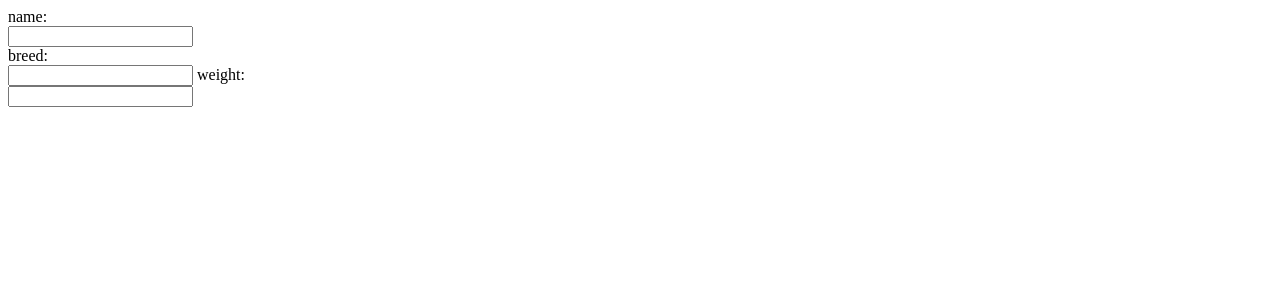
Repository: santsah11/javaStack
Page: http://localhost/ptes/Home
These files come from the project's save history. The page is drawn as it stood at one moment and after the next save; the edit follows.
The browser window is 1280 px wide. The pictures show the whole page.
The page is served by Tomcat 9. Other server files are loaded and not shown.

Above is the page before, as saved 2018-12-01 01:41:08.

### javaOntheWeb/ptes/WebContent/WEB-INF/index.jsp
<%@ page language="java" contentType="text/html; charset=ISO-8859-1"
    pageEncoding="ISO-8859-1"%>
<!DOCTYPE html>
<html>
<head>
	<meta charset="ISO-8859-1">
	<title>Insert title here</title>
</head>
<body>
	<div class = container>
	<div>
		<form>
   name:<br>
  <input type="text" name="firstname"><br>
  breed:<br>
  <input type="text" name="lastname">
  weight:<br>
  <input type="text" name="lastname">

</form>
	</div>
	</div>
</body>
</html>

### javaOntheWeb/ptes/src/com/codingdojo/controllers/Home.java
package com.codingdojo.controllers;

import java.io.IOException;

import javax.servlet.RequestDispatcher;
import javax.servlet.ServletException;
import javax.servlet.annotation.WebServlet;
import javax.servlet.http.HttpServlet;
import javax.servlet.http.HttpServletRequest;
import javax.servlet.http.HttpServletResponse;

/**
 * Servlet implementation class Home
 */
@WebServlet("/Home")
public class Home extends HttpServlet {
	private static final long serialVersionUID = 1L;

    /**
     * @see HttpServlet#HttpServlet()
     */
    public Home() {
        super();
        // TODO Auto-generated constructor stub
    }

	/**
	 * @see HttpServlet#doGet(HttpServletRequest request, HttpServletResponse response)
	 */
	protected void doGet(HttpServletRequest request, HttpServletResponse response) throws ServletException, IOException {
		// TODO Auto-generated method stub
		response.getWriter().append("Served at: ").append(request.getContextPath());


		RequestDispatcher view  = request.getRequestDispatcher("/WEB-INF/index.jsp");
		view.forward(request, response);


	}

	/**
	 * @see HttpServlet#doPost(HttpServletRequest request, HttpServletResponse response)
	 */
	protected void doPost(HttpServletRequest request, HttpServletResponse response) throws ServletException, IOException {
		// TODO Auto-generated method stub
		doGet(request, response);
	}

}

After the next save:
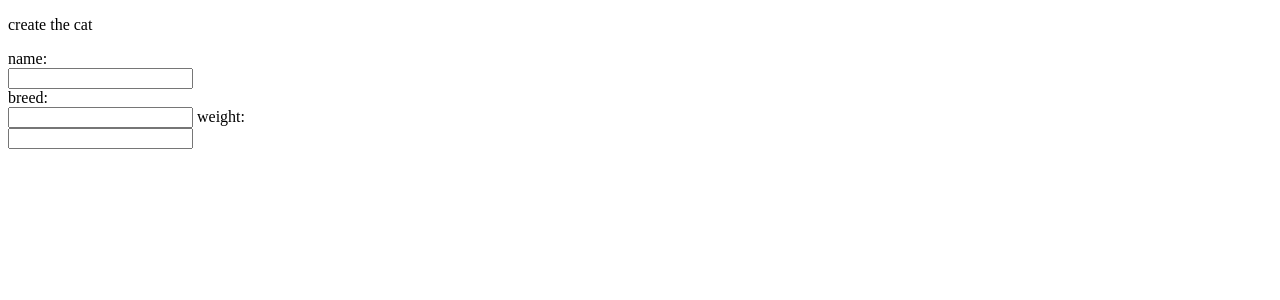
Saved 73 s later.
--- a/javaOntheWeb/ptes/WebContent/WEB-INF/index.jsp
+++ b/javaOntheWeb/ptes/WebContent/WEB-INF/index.jsp
@@ -9,6 +9,7 @@
 <body>
 	<div class = container>
 	<div>
+	 <p> create the cat</p>
 		<form>
    name:<br>
   <input type="text" name="firstname"><br>
